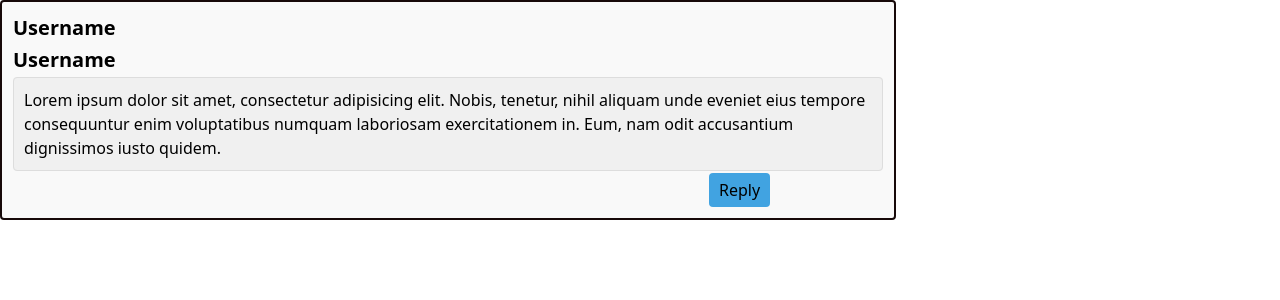
Repository: Yahya9102/Java22-ux22-Sideproject-main
Page: /
An editor plug-in stored every save of this project. The page is shown before and after the next save, followed by the edit.
The browser window is 1280 px wide. The pictures show the whole page.
The project was rebuilt for these pictures with package versions that can differ from the ones it lists, and the page was loaded fresh each time. The framework's server and built-in components were replaced by stand-ins that run in the browser. Also part of the build but not shown: next.config.js.

Above is the page before, as saved 2023-04-13 10:25:21.

After the next save:
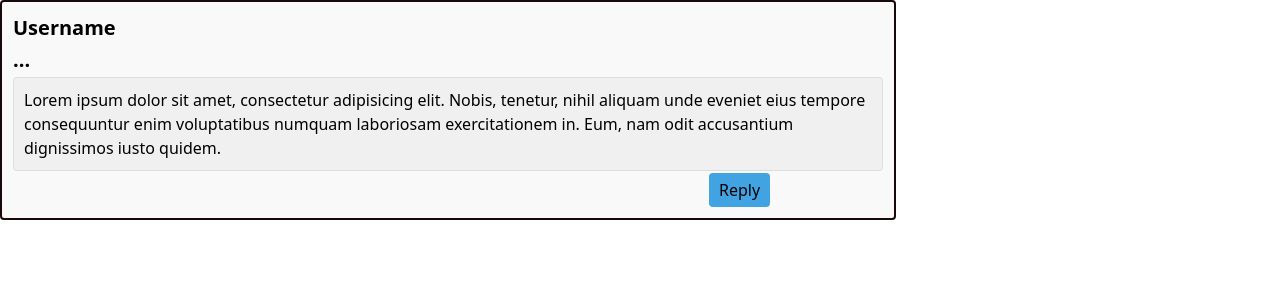
Saved 9 s later.
--- a/p-components/body.tsx
+++ b/p-components/body.tsx
@@ -12,7 +12,7 @@ const Body: NextPage<Props> = ({}) => {
             <th className={styles.tableHeader_body}>Username</th>
           </tr>
           <tr>
-            <th className={styles.tableHeader_body}>Username</th>
+            <th className={styles.tableHeader_body}>...</th>
           </tr>
         </thead>
 
